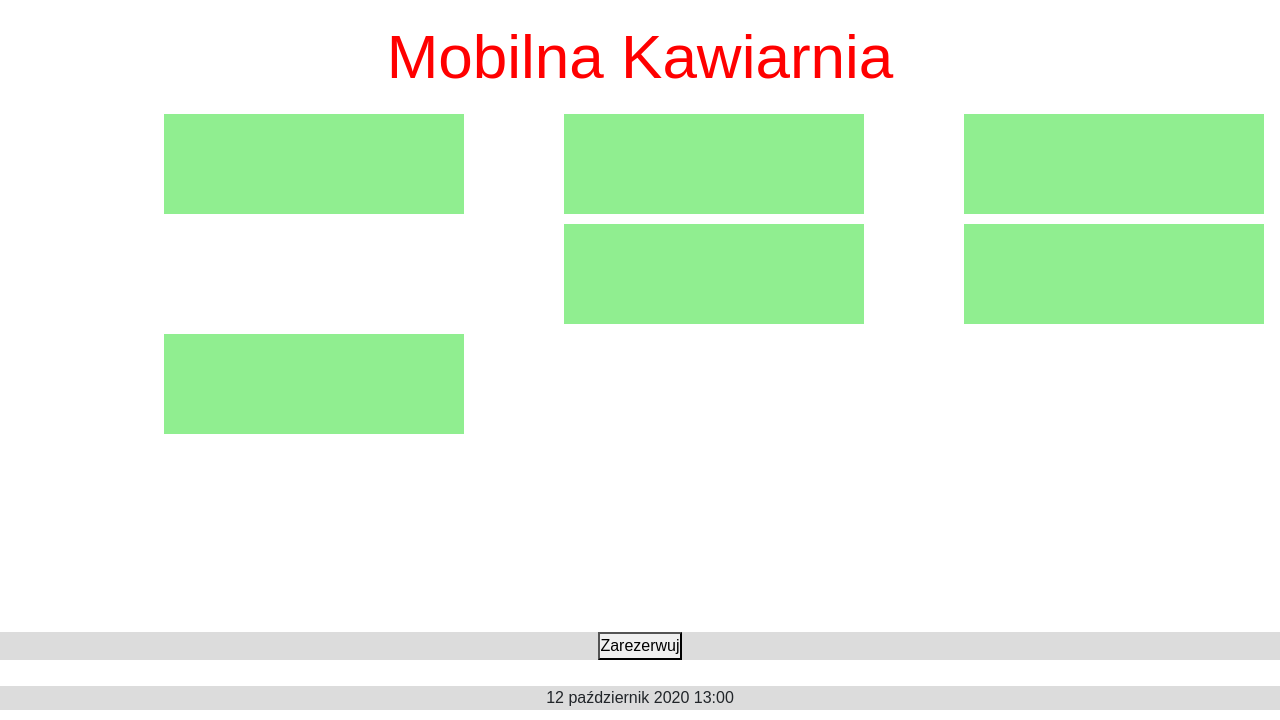
Repository: K009/MobilnaKawiarnia
Page: index.html
These files come from the project's save history. The page is drawn as it stood at one moment and after a run of saves; the edit follows.
The browser window is 1280 px wide. The pictures show the whole page.

Above is the page before, as saved 2020-12-23 17:05:43.

After the next 2 saves:
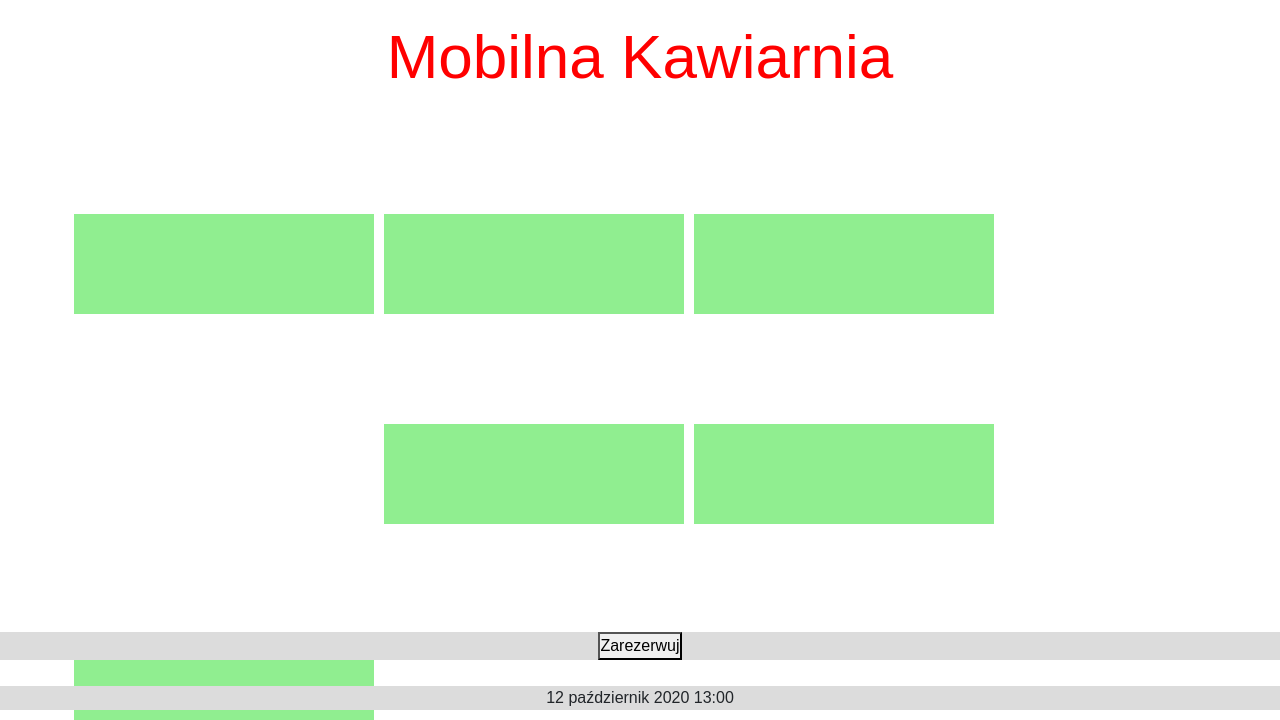
The 2 saves are shown as one change because they came seconds apart.
The last was saved 7 s later.
--- a/style.css
+++ b/style.css
@@ -27,7 +27,7 @@
   margin-left: 5%;
 }
 .tableUp {
-  margin: 0 0 0 100px;
+  margin: 100 0 0 10px;
   float: left;
 }
 .table {
